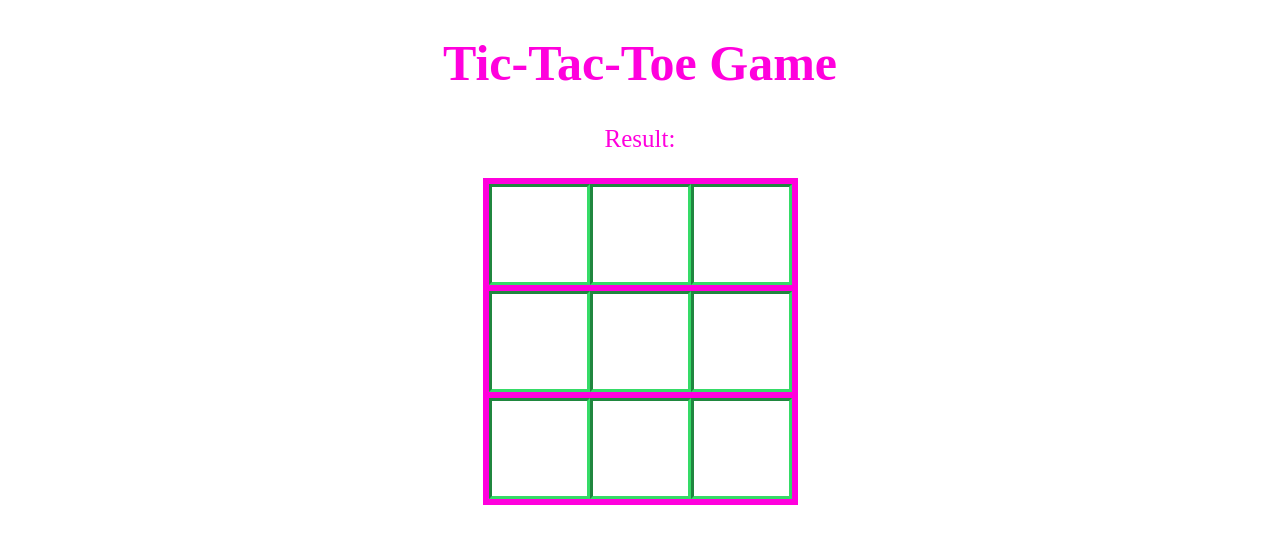
Repository: 0101chaitanya/Tic-Tac-Toe
Page: index.html
An editor plug-in stored every save of this project. The page is shown before and after the next save, followed by the edit.
The browser window is 1280 px wide. The pictures show the whole page.

Above is the page before, as saved 2021-06-09 18:07:35.

After the next save:
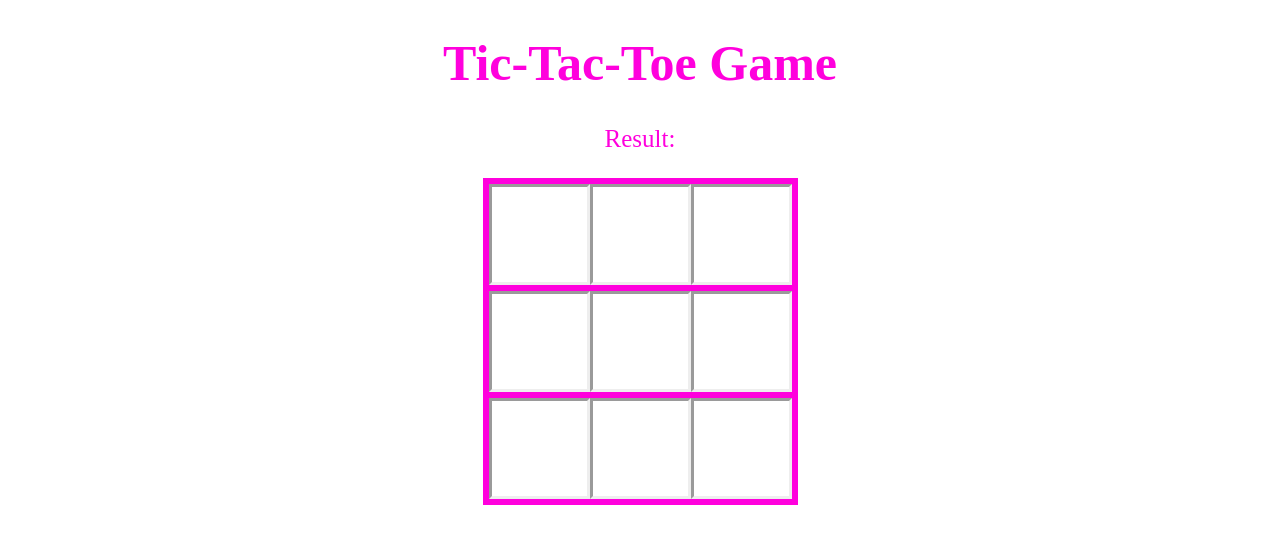
Saved 17 s later.
--- a/styles.css
+++ b/styles.css
@@ -45,5 +45,5 @@
     width:3.8rem;
     height:3.8rem;
 border-style:inset;
-border-color:rgb(53, 219, 103)
+border-color: color;
 }

After the save that followed:
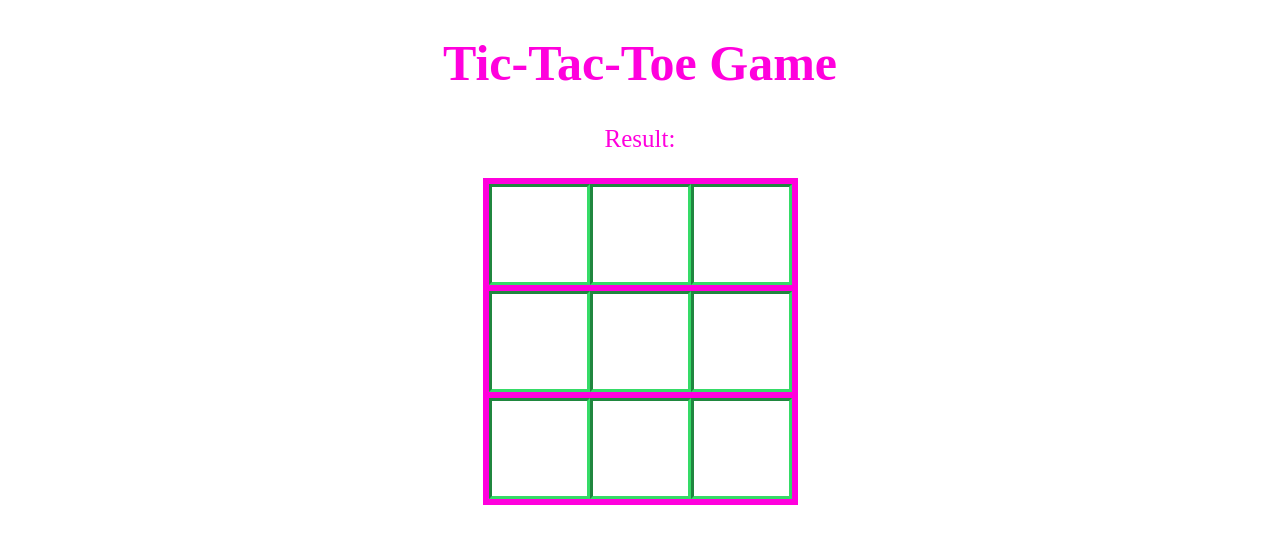
Saved 48 s later.
--- a/styles.css
+++ b/styles.css
@@ -45,5 +45,5 @@
     width:3.8rem;
     height:3.8rem;
 border-style:inset;
-border-color: color;
+border-color: rgb(53, 219, 103);;
 }
